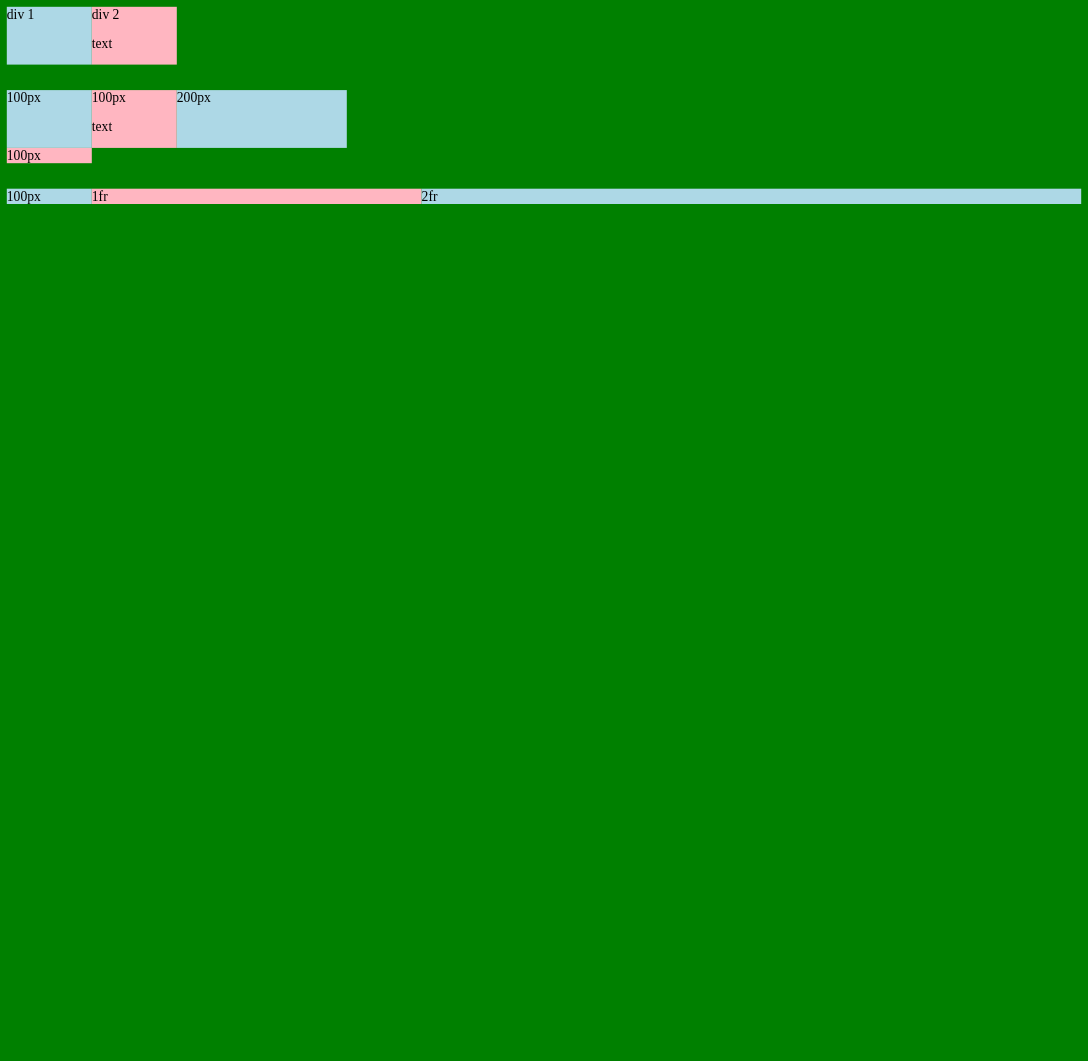
Repository: knowledgeAlan/html-css-eleven
Page: grid.html
The author's editor kept a copy of each file at every save. The page is drawn from the files as they stood at one save, then again after the next save.
The browser window is 1280 px wide. The pictures show the whole page, at 85% of full size.

Above is the page before, as saved 2024-03-08 18:40:27.

### grid.html
<!DOCTYPE html>
<html>

    <head>
        <title>Grid Practice</title>
    </head>


    <body style="padding-bottom: 1000px;background-color: green;">
        <div style="display: grid; grid-template-columns: 100px 100px;">
                <div style="background-color: lightblue;"> div 1</div>
                <div style="background-color: lightpink;">div 2<p>text</p></div>
        </div>

        <div style="
        margin-top: 30px;
        display: grid;
        grid-template-columns: 100px 100px 200px;
        ">

        <div style="background-color: lightblue;">100px</div>
        <div style="background-color: lightpink;">100px<p>text</p></div>
        <div style="background-color: lightblue;">200px</div>
        <div style="background-color: lightpink;">100px</div>

        </div>


        <div style="
         margin-top: 30px;
         display: grid;
         grid-template-columns: 100px 1fr 2fr;
        ">

            <div style="background-color: lightblue;">100px</div>
            <div style="background-color: lightpink;">1fr</div>
            <div style="background-color: lightblue;">2fr</div>

        </div>

    </body>
</html>

After the next save:
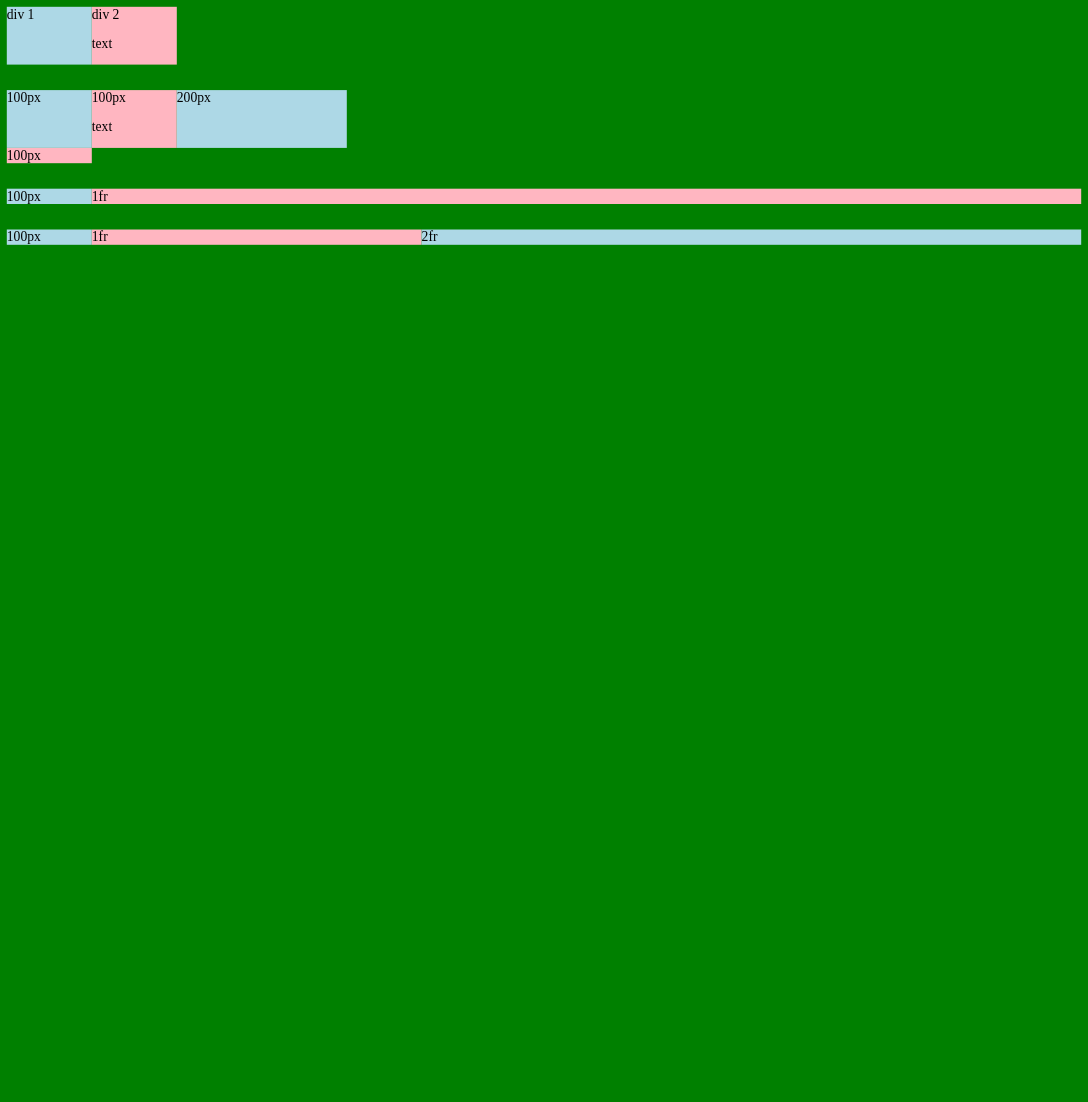
Saved 2 min 23 s later.
--- a/grid.html
+++ b/grid.html
@@ -25,6 +25,18 @@
 
         </div>
 
+        <div style="
+        margin-top: 30px;
+        display: grid;
+        grid-template-columns: 100px 1fr;
+       ">
+
+           <div style="background-color: lightblue;">100px</div>
+           <div style="background-color: lightpink;">1fr</div>
+
+
+       </div>
+
 
         <div style="
          margin-top: 30px;
@@ -38,5 +50,7 @@
 
         </div>
 
+
+
     </body>
 </html>
